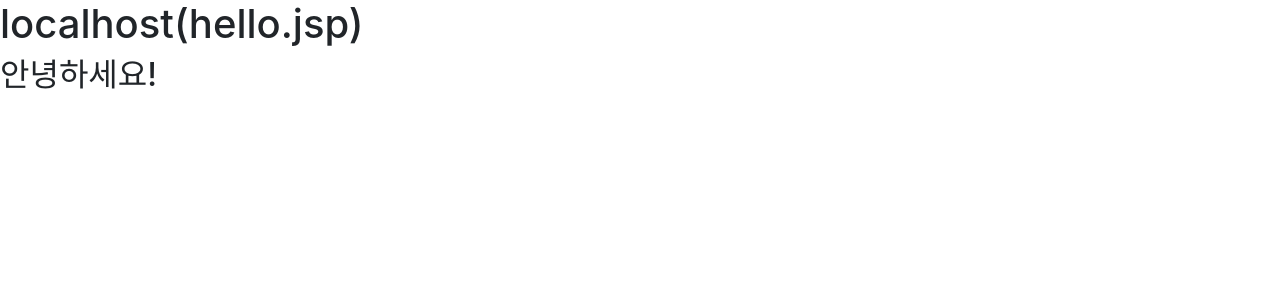
Repository: VertigoK/TH_MES
Page: http://localhost/TH_MES_TEAM_A/
An editor plug-in stored every save of this project. The page is shown before and after the next save, followed by the edit.
The browser window is 1280 px wide. The pictures show the whole page.
Some web libraries are served in a nearby version. The page is served by Tomcat 9.

Above is the page before, as saved 2021-09-15 06:03:49.

### Main/TH_MES_TEAM_A/WebContent/index.jsp
<%@ page language="java" contentType="text/html; charset=UTF-8" pageEncoding="UTF-8"%>
<!DOCTYPE html>
<html>
<head>
    <meta charset="UTF-8">
    <meta name="viewport" content="width=device-width, initial-scale=1">
    <link rel="stylesheet" href="https://maxcdn.bootstrapcdn.com/bootstrap/4.5.2/css/bootstrap.min.css">
    <script src="https://ajax.googleapis.com/ajax/libs/jquery/3.5.1/jquery.min.js"></script>
    <script src="https://cdnjs.cloudflare.com/ajax/libs/popper.js/1.16.0/umd/popper.min.js"></script>
    <script src="https://maxcdn.bootstrapcdn.com/bootstrap/4.5.2/js/bootstrap.min.js"></script>
</head>
<body>
	<h1>localhost(hello.jsp)</h1>
	<h2>안녕하세요!</h2>
</body>
</html>

After the next save:
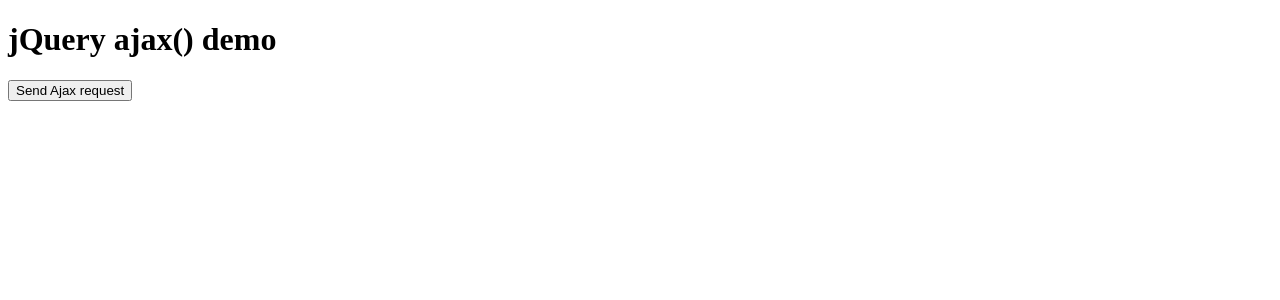
Saved 51 min 17 s later.
--- a/Main/TH_MES_TEAM_A/WebContent/index.jsp
+++ b/Main/TH_MES_TEAM_A/WebContent/index.jsp
@@ -2,15 +2,30 @@
 <!DOCTYPE html>
 <html>
 <head>
-    <meta charset="UTF-8">
-    <meta name="viewport" content="width=device-width, initial-scale=1">
-    <link rel="stylesheet" href="https://maxcdn.bootstrapcdn.com/bootstrap/4.5.2/css/bootstrap.min.css">
-    <script src="https://ajax.googleapis.com/ajax/libs/jquery/3.5.1/jquery.min.js"></script>
-    <script src="https://cdnjs.cloudflare.com/ajax/libs/popper.js/1.16.0/umd/popper.min.js"></script>
-    <script src="https://maxcdn.bootstrapcdn.com/bootstrap/4.5.2/js/bootstrap.min.js"></script>
+    <meta name="viewport" content="width=device-width" />
+	<script type="text/javascript"
+            src="https://ajax.googleapis.com/ajax/libs/jquery/1.11.2/jquery.min.js">
+    </script>
+	<script type="text/javascript">
+        $(document).ready(function () {
+
+		 $('#ajaxBtn').click(function(){
+			$.ajax('/jquery/getdata',   // request url
+			{
+				success: function (data, status, xhr) {    // success callback function
+						$('p').append(data);
+				}
+			});
+		 });
+
+        });
+    </script>
 </head>
 <body>
-	<h1>localhost(hello.jsp)</h1>
-	<h2>안녕하세요!</h2>
+	<h1> jQuery ajax() demo
+	</h1>
+	<input type="button" id="ajaxBtn" value="Send Ajax request" />
+	<p>
+	</p>
 </body>
 </html>
